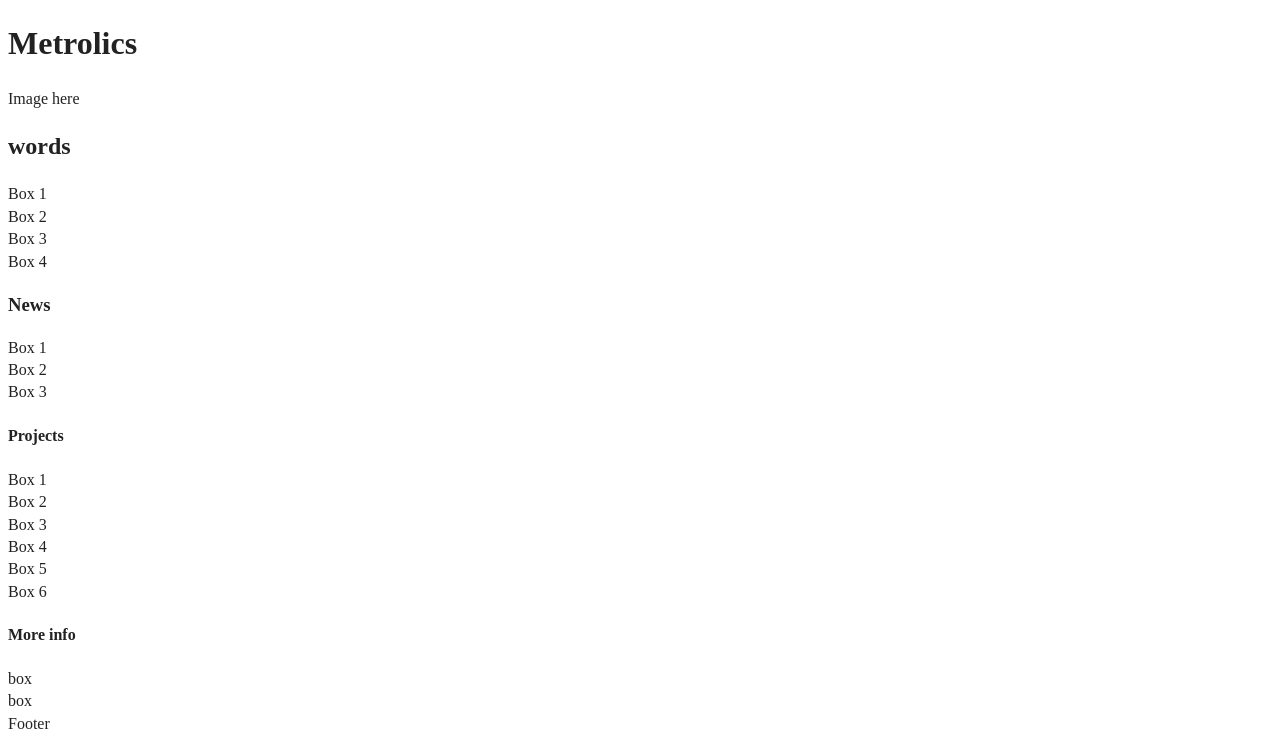
Repository: Jennica1/HTML_Structure
Page: index.html
The author's editor kept a copy of each file at every save. The page is drawn from the files as they stood at one save, then again after the next save.
The browser window is 1280 px wide. The pictures show the whole page.

Above is the page before, as saved 2024-01-24 18:03:24.

### index.html
<!doctype html>
<html class="no-js" lang="en">

<head>
  <meta charset="utf-8">
  <meta name="viewport" content="width=device-width, initial-scale=1">
  <title></title>
  <link rel="stylesheet" href="css/style.css">
  <meta name="description" content="">

  <meta property="og:title" content="">
  <meta property="og:type" content="">
  <meta property="og:url" content="">
  <meta property="og:image" content="">

  <link rel="icon" href="/favicon.ico" sizes="any">
  <link rel="icon" href="/icon.svg" type="image/svg+xml">
  <link rel="apple-touch-icon" href="icon.png">

  <link rel="manifest" href="site.webmanifest">
  <meta name="theme-color" content="#fafafa">
</head>

    <body class="page">
      <header class="page__header">
        <div class="outter-container">
          <div class="content-container title">
            <h1>Metrolics</h1>
          </div>
          <div class="content-container image">
            Image here
          </div>
        </div>
      </header>

      <div class="page__description">
        <div class="outter-container">
          <div class="content-container title">
            <h2>words</h2>
              <div class="content-container box">
               Box 1
              </div>
                <div class="content-container box">
                  Box 2
                </div>
                  <div class="content-container box">
                    Box 3
                </div>
                    <div class="content-container box">
                      Box 4
                    </div>

          </div>
        </div>
      </div>

      <div class="page__latest">
        <div class="outter-container">
          <div class="content-container title">
            <h3>News</h3>
            <div class="content-container news-box">
              Box 1
             </div>
               <div class="content-container news-box">
                 Box 2
               </div>
                 <div class="content-container news-box">
                   Box 3
               </div>
          </div>
        </div>
      </div>

      <div class="page__projects">
        <div class="outter-container">
          <div class="content-container title">
            <h4>Projects</h4>
              <div class="content-container project-box">
                Box 1
              </div>
                <div class="content-container project-box">
                  Box 2
                </div>
                  <div class="content-container project-box">
                    Box 3
                  </div>
                    <div class="content-container project-box">
                      Box 4
                    </div>
                      <div class="content-container project-box">
                        Box 5
                      </div>
                        <div class="content-container project-box">
                          Box 6
                        </div>
          </div>
        </div>
      </div>

      <div class="page__information">
        <div class="outter-container">
          <div class="content-container title">
            <h4>More info</h4>
          </div>
            <div class="info-box">
              box
            </div>
            <div class="info-box">
              box
            </div>
        </div>
      </div>


    <footer class="pageFooter">
      <div class="outterContainer">
        <div class="contentContainer">
          Footer
        </div>
      </div>
    </footer>

  <script src="js/app.js"></script>

</body>

</html>

### css/style.css
/*! HTML5 Boilerplate v9.0.0-RC1 | MIT License | https://html5boilerplate.com/ */

/* main.css 3.0.0 | MIT License | https://github.com/h5bp/main.css#readme */
/*
 * What follows is the result of much research on cross-browser styling.
 * Credit left inline and big thanks to Nicolas Gallagher, Jonathan Neal,
 * Kroc Camen, and the H5BP dev community and team.
 */

/* ==========================================================================
   Base styles: opinionated defaults
   ========================================================================== */

html {
  color: #222;
  font-size: 1em;
  line-height: 1.4;
}

/*
 * Remove text-shadow in selection highlight:
 * https://twitter.com/miketaylr/status/12228805301
 *
 * Customize the background color to match your design.
 */

::-moz-selection {
  background: #b3d4fc;
  text-shadow: none;
}

::selection {
  background: #b3d4fc;
  text-shadow: none;
}

/*
 * A better looking default horizontal rule
 */

hr {
  display: block;
  height: 1px;
  border: 0;
  border-top: 1px solid #ccc;
  margin: 1em 0;
  padding: 0;
}

/*
 * Remove the gap between audio, canvas, iframes,
 * images, videos and the bottom of their containers:
 * https://github.com/h5bp/html5-boilerplate/issues/440
 */

audio,
canvas,
iframe,
img,
svg,
video {
  vertical-align: middle;
}

/*
 * Remove default fieldset styles.
 */

fieldset {
  border: 0;
  margin: 0;
  padding: 0;
}

/*
 * Allow only vertical resizing of textareas.
 */

textarea {
  resize: vertical;
}

/* ==========================================================================
   Author's custom styles
   ========================================================================== */

/* ==========================================================================
   Helper classes
   ========================================================================== */

/*
 * Hide visually and from screen readers
 */

.hidden,
[hidden] {
  display: none !important;
}

/*
 * Hide only visually, but have it available for screen readers:
 * https://snook.ca/archives/html_and_css/hiding-content-for-accessibility
 *
 * 1. For long content, line feeds are not interpreted as spaces and small width
 *    causes content to wrap 1 word per line:
 *    https://medium.com/@jessebeach/beware-smushed-off-screen-accessible-text-5952a4c2cbfe
 */

.visually-hidden {
  border: 0;
  clip: rect(0, 0, 0, 0);
  height: 1px;
  margin: -1px;
  overflow: hidden;
  padding: 0;
  position: absolute;
  white-space: nowrap;
  width: 1px;
  /* 1 */
}

/*
 * Extends the .visually-hidden class to allow the element
 * to be focusable when navigated to via the keyboard:
 * https://www.drupal.org/node/897638
 */

.visually-hidden.focusable:active,
.visually-hidden.focusable:focus {
  clip: auto;
  height: auto;
  margin: 0;
  overflow: visible;
  position: static;
  white-space: inherit;
  width: auto;
}

/*
 * Hide visually and from screen readers, but maintain layout
 */

.invisible {
  visibility: hidden;
}

/*
 * Clearfix: contain floats
 *
 * The use of `table` rather than `block` is only necessary if using
 * `::before` to contain the top-margins of child elements.
 */

.clearfix::before,
.clearfix::after {
  content: "";
  display: table;
}

.clearfix::after {
  clear: both;
}

/* ==========================================================================
   EXAMPLE Media Queries for Responsive Design.
   These examples override the primary ('mobile first') styles.
   Modify as content requires.
   ========================================================================== */

@media only screen and (min-width: 35em) {
  /* Style adjustments for viewports that meet the condition */
}

@media print,
  (-webkit-min-device-pixel-ratio: 1.25),
  (min-resolution: 1.25dppx),
  (min-resolution: 120dpi) {
  /* Style adjustments for high resolution devices */
}

/* ==========================================================================
   Print styles.
   Inlined to avoid the additional HTTP request:
   https://www.phpied.com/delay-loading-your-print-css/
   ========================================================================== */

@media print {
  *,
  *::before,
  *::after {
    background: #fff !important;
    color: #000 !important;
    /* Black prints faster */
    box-shadow: none !important;
    text-shadow: none !important;
  }

  a,
  a:visited {
    text-decoration: underline;
  }

  a[href]::after {
    content: " (" attr(href) ")";
  }

  abbr[title]::after {
    content: " (" attr(title) ")";
  }

  /*
   * Don't show links that are fragment identifiers,
   * or use the `javascript:` pseudo protocol
   */
  a[href^="#"]::after,
  a[href^="javascript:"]::after {
    content: "";
  }

  pre {
    white-space: pre-wrap !important;
  }

  pre,
  blockquote {
    border: 1px solid #999;
    page-break-inside: avoid;
  }

  tr,
  img {
    page-break-inside: avoid;
  }

  p,
  h2,
  h3 {
    orphans: 3;
    widows: 3;
  }

  h2,
  h3 {
    page-break-after: avoid;
  }
}

Loaded but not shown: js/app.js (no stored copy; drawn as an empty file)

After the next save:
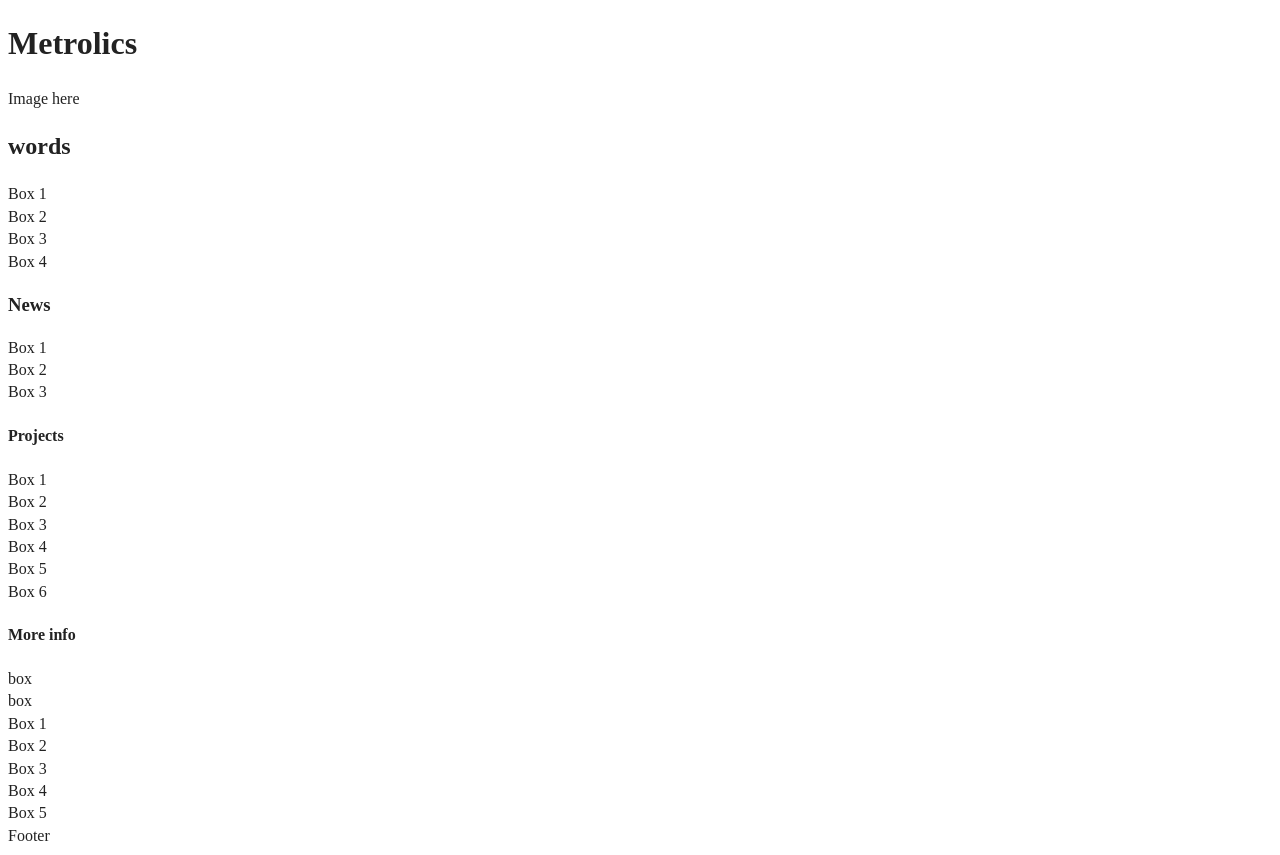
Saved 5 min 38 s later.
--- a/index.html
+++ b/index.html
@@ -22,6 +22,8 @@
 </head>
 
     <body class="page">
+
+      <!--Header-->
       <header class="page__header">
         <div class="outter-container">
           <div class="content-container title">
@@ -33,10 +35,17 @@
         </div>
       </header>
 
+      <div>
+        <div>
+          <h2>words</h2>
+        </div>
+      </div>
+
+
+      <!--Things we can do-->
       <div class="page__description">
         <div class="outter-container">
           <div class="content-container title">
-            <h2>words</h2>
               <div class="content-container box">
                Box 1
               </div>
@@ -112,6 +121,26 @@
       </div>
 
 
+      <div class="page__information">
+        <div class="outter-container">
+          <div class="content-container project-box">
+            Box 1
+          </div>
+            <div class="content-container project-box">
+              Box 2
+            </div>
+              <div class="content-container project-box">
+                Box 3
+              </div>
+                  <div class="content-container project-box">
+                    Box 4
+                  </div>
+                    <div class="content-container project-box">
+                      Box 5
+                    </div>
+        </div>
+      </div>
+
     <footer class="pageFooter">
       <div class="outterContainer">
         <div class="contentContainer">
